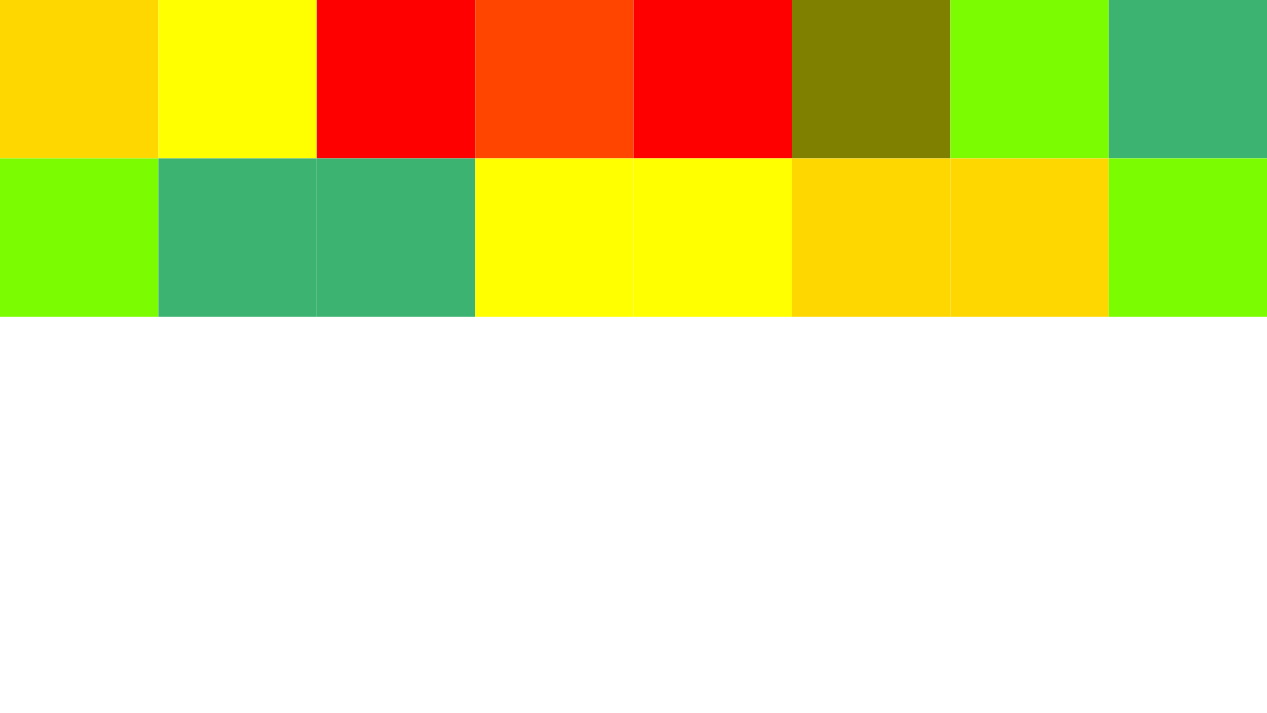
Repository: zhapar/color-boxes
Page: /
An editor plug-in stored every save of this project. The page is shown before and after the next save, followed by the edit.
The browser window is 1280 px wide. The pictures show the whole page, at 99% of full size.
The project was rebuilt for these pictures with package versions that can differ from the ones it lists, and the page was loaded fresh each time.

Above is the page before, as saved 2020-08-22 22:36:02.

### src/App.js
import React from "react";
import BoxContainer from "./BoxContainer";
import "./App.css";

function App() {
  return (
    <div className="App">
      <BoxContainer />
    </div>
  );
}

export default App;

### src/BoxContainer.js
import React, { Component } from "react";
import Box from "./Box";
import "./BoxContainer.css";

class BoxContainer extends Component {
  static defaultProps = {
    colors: [
      "gold",
      "yellow",
      "orangered",
      "red",
      "lawngreen",
      "mediumseagreen",
      "olive",
    ],
    numBox: 16,
  };
  render() {
    const boxes = Array.from({ length: this.props.numBox }).map(() => (
      <Box colors={this.props.colors} />
    ));
    return <div className="BoxContainer">{boxes}</div>;
  }
}

export default BoxContainer;

### src/Box.js
import React, { Component } from "react";
import "./Box.css";
import { choice } from "./helpers";

class Box extends Component {
  constructor(props) {
    super(props);
    this.state = {
      color: choice(this.props.colors),
    };
    this.handleClick = this.handleClick.bind(this);
  }

  change() {
    let newColor;
    do {
      newColor = choice(this.props.colors);
    } while (newColor === this.state.color);

    this.setState({ color: newColor });
  }

  handleClick() {
    this.change();
  }
  render() {
    return (
      <div
        className="Box"
        style={{ backgroundColor: this.state.color }}
        onClick={this.handleClick}
      ></div>
    );
  }
}

export default Box;

### src/BoxContainer.css
.BoxContainer {
  display: flex;
  flex-flow: wrap;
  justify-content: center;
  align-items: center;
}

### src/Box.css
.Box {
  width: 10rem;
  height: 10rem;
}

### src/helpers.js
function choice(arr) {
  const idx = Math.floor(Math.random() * arr.length);
  return arr[idx];
}

export { choice };

Loaded but not shown: public/index.html (common file); src/index.js (common file); src/index.css (common file); src/serviceWorker.js (common file); src/App.css (common file)

After the next save:
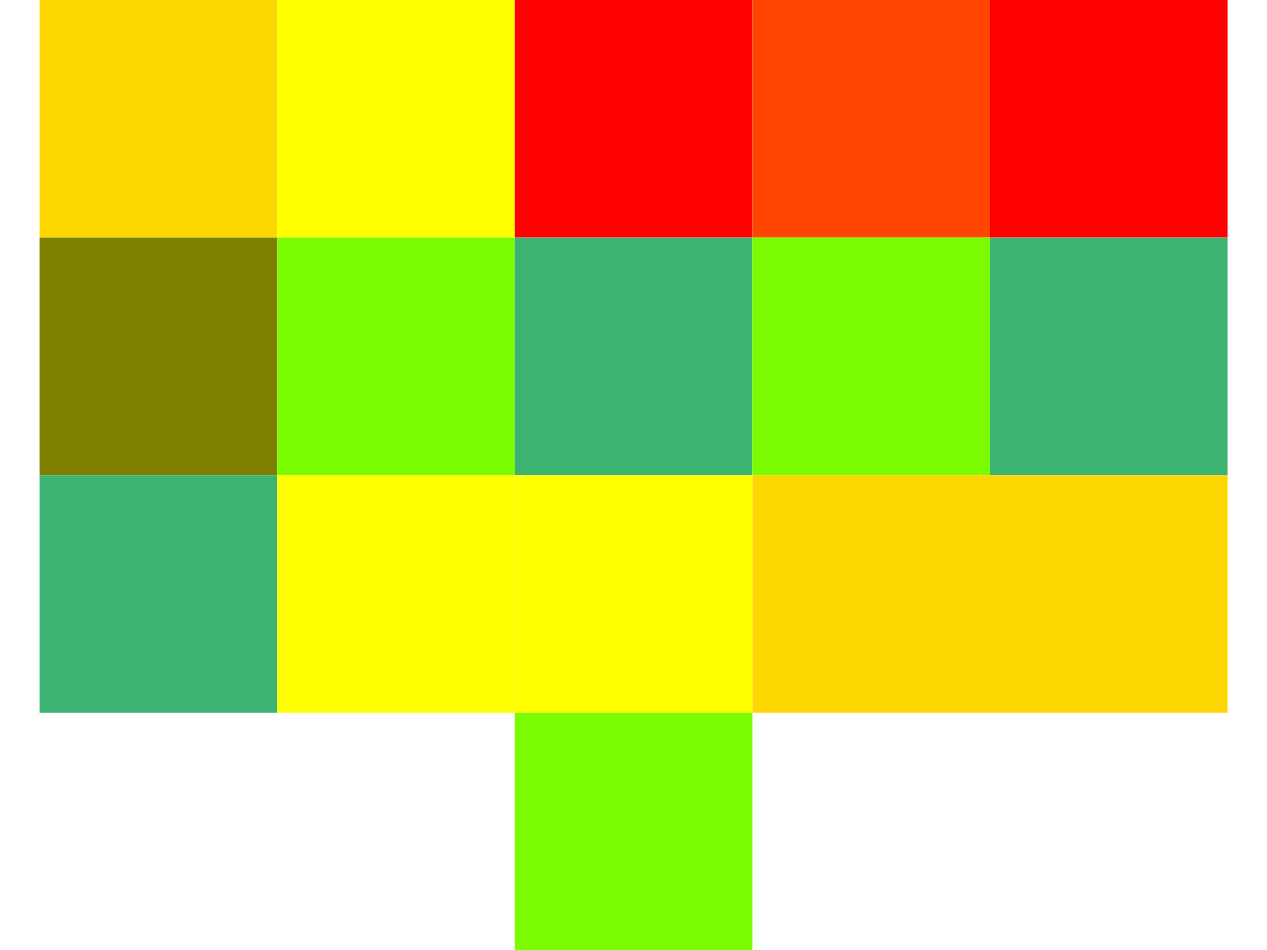
Saved 11 s later.
--- a/src/Box.css
+++ b/src/Box.css
@@ -1,4 +1,4 @@
 .Box {
-  width: 10rem;
-  height: 10rem;
+  width: 15rem;
+  height: 15rem;
 }
